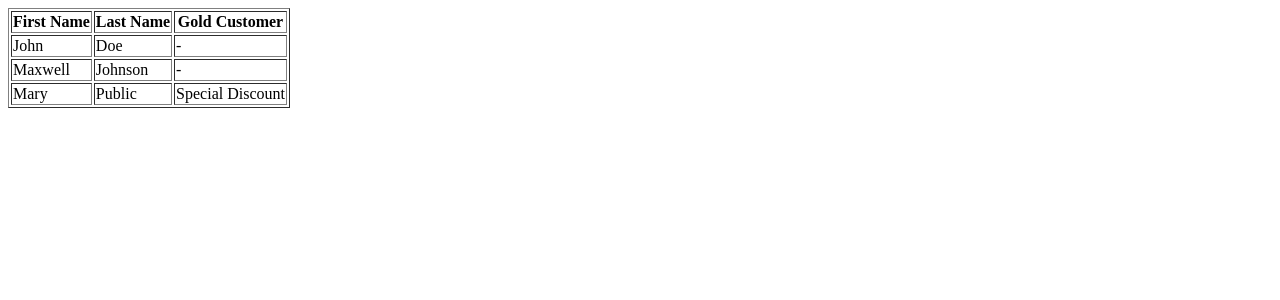
Repository: romuloabbiati/jsp-for-beginners
Page: http://localhost/tagdemo/choose-student-test.jsp
The author's editor kept a copy of each file at every save. The page is drawn from the files as they stood at one save, then again after the next save.
The browser window is 1280 px wide. The pictures show the whole page.
The page is served by Tomcat 9.

Above is the page before, as saved 2023-02-23 07:29:07.

### tagdemo/WebContent/choose-student-test.jsp
<%@ taglib uri="http://java.sun.com/jsp/jstl/core" prefix="c" %>

<%@ page import="java.util.*, com.luv2code.jsp.tagdemo.Student" %>

<%

	List<Student> students = new ArrayList<>();
	students.add(new Student("John", "Doe", false));
	students.add(new Student("Maxwell", "Johnson", false));
	students.add(new Student("Mary", "Public", true));

	pageContext.setAttribute("myStudents", students);
%>

<html>

	<body>
		<table border="1">
			<tr>
				<th>First Name</th>
				<th>Last Name</th>
				<th>Gold Customer</th>
			</tr>

			<c:forEach var="tempStudent" items="${myStudents}">
				<tr>
					<td>${tempStudent.firstName}</td>
					<td>${tempStudent.lastName}</td>
					<td>
						<c:choose>
							<c:when test="${tempStudent.goldCustomer}">Special Discount</c:when>
							<c:otherwise>-</c:otherwise>
						</c:choose>
					</td>
				</tr>
			</c:forEach>
		</table>
	</body>

</html>

### tagdemo/src/com/luv2code/jsp/tagdemo/Student.java
package com.luv2code.jsp.tagdemo;

public class Student {

	private String firstName;
	private String lastName;
	private boolean goldCustomer;

	public Student(String firstName, String lastName, boolean goldCustomer) {
		super();
		this.firstName = firstName;
		this.lastName = lastName;
		this.goldCustomer = goldCustomer;
	}

	public String getFirstName() {
		return firstName;
	}

	public void setFirstName(String firstName) {
		this.firstName = firstName;
	}

	public String getLastName() {
		return lastName;
	}

	public void setLastName(String lastName) {
		this.lastName = lastName;
	}

	public boolean isGoldCustomer() {
		return goldCustomer;
	}

	public void setGoldCustomer(boolean goldCustomer) {
		this.goldCustomer = goldCustomer;
	}

}

After the next save:
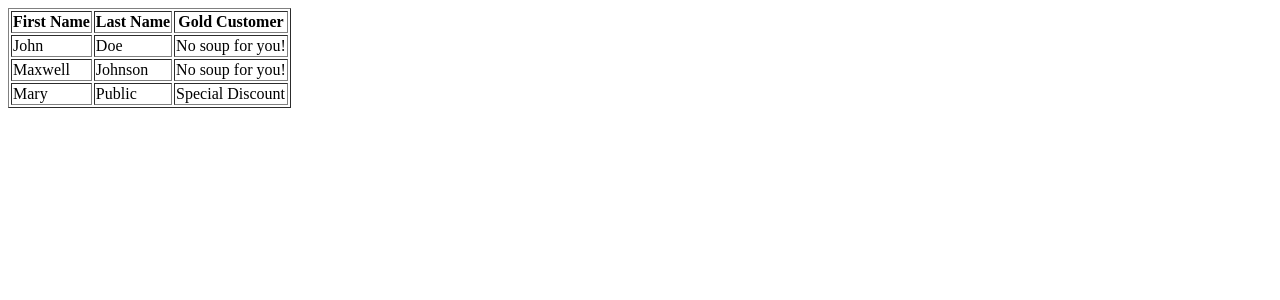
Saved 14 s later.
--- a/tagdemo/WebContent/choose-student-test.jsp
+++ b/tagdemo/WebContent/choose-student-test.jsp
@@ -29,7 +29,7 @@
 					<td>
 						<c:choose>
 							<c:when test="${tempStudent.goldCustomer}">Special Discount</c:when>
-							<c:otherwise>-</c:otherwise>
+							<c:otherwise>No soup for you!</c:otherwise>
 						</c:choose>
 					</td>
 				</tr>
